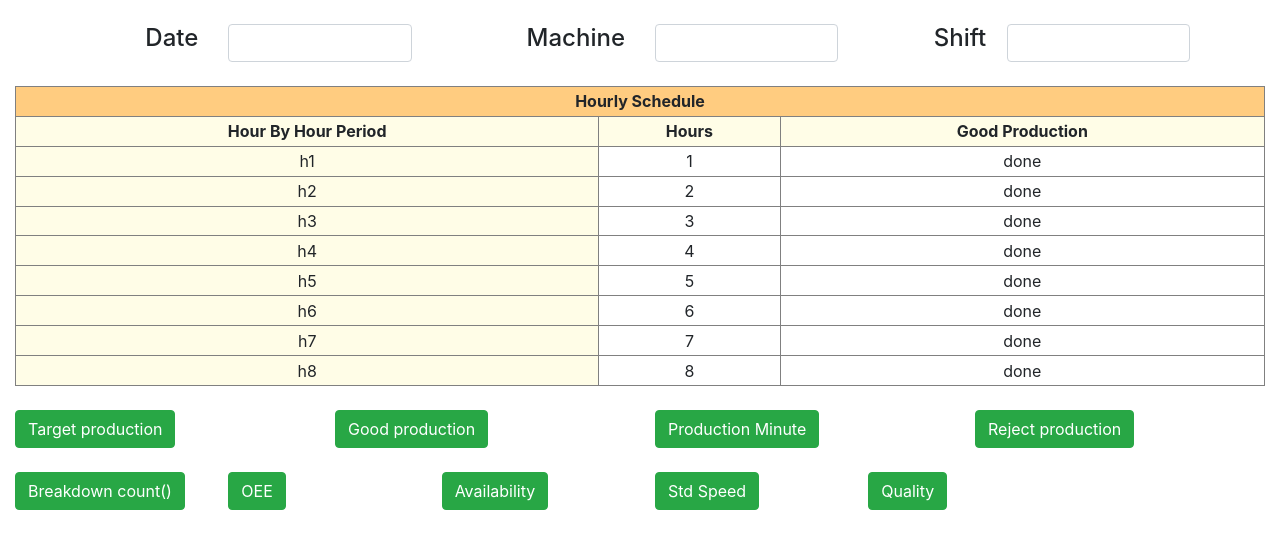
Repository: hisamit97/TVS-Locas
Page: index.html
These files come from the project's save history. The page is drawn as it stood at one moment and after the next save; the edit follows.
The browser window is 1280 px wide. The pictures show the whole page.

Above is the page before, as saved 2020-12-01 11:40:07.

### index.html
<html>

<head>
    <title>TVS LoCas</title>
    <link rel="stylesheet" href="https://cdn.jsdelivr.net/npm/bootstrap@4.5.3/dist/css/bootstrap.min.css" integrity="sha384-TX8t27EcRE3e/ihU7zmQxVncDAy5uIKz4rEkgIXeMed4M0jlfIDPvg6uqKI2xXr2" crossorigin="anonymous">

<!-- jQuery and JS bundle w/ Popper.js -->
<script src="https://code.jquery.com/jquery-3.5.1.slim.min.js" integrity="sha384-DfXdz2htPH0lsSSs5nCTpuj/zy4C+OGpamoFVy38MVBnE+IbbVYUew+OrCXaRkfj" crossorigin="anonymous"></script>
<script src="https://cdn.jsdelivr.net/npm/bootstrap@4.5.3/dist/js/bootstrap.bundle.min.js" integrity="sha384-ho+j7jyWK8fNQe+A12Hb8AhRq26LrZ/JpcUGGOn+Y7RsweNrtN/tE3MoK7ZeZDyx" crossorigin="anonymous"></script>
</head>
<body>
    <div class="container-fluid">
        <div class="row">
            <div class="col-md-4"></div>
            <div class="col-md-4"></div>
            <div class="col-md-4"></div>
        </div>
        <br>
        <div class="row" >
            <div class="col-md-4">
                <div class="row">
                    <div class="col-md-6 text-right"><h4>Date</h4></div>
                    <div class="col-md-6"><input type="text" class="form-control mr-3"></div>
                </div>
            </div>
            <div class="col-md-4">
                <div class="row">
                    <div class="col-md-6 text-right" ><h4>Machine</h4></div>
                    <div class="col-md-6"><input type="text" class="form-control"></div>
                </div>
            </div>
            <div class="col-md-4">
                <div class="row">
                    <div class="col-md-6 text-center"><h4>Shift</h4></div>
                    <div class="col-md-6" style="margin-left: -75px;"><input type="text" class="form-control"></div>
                </div>
            </div>
        </div>
        <br>
        <div class="row">
            <div class="col-md-12">
                <table width="100%" border="1" height="300px">
                   <tr style="text-align: center;background:#ffcc80;">
                       <th colspan="3">Hourly Schedule</th>
                   </tr>
                   <tr style="text-align: center; background: #fffde7;">
                       <th >Hour By Hour Period</th>
                       <th>Hours</th>
                       <th>Good Production</th>
                    </tr>
                    <tr style="text-align: center;">
                        <td style="background:#fffde7;">h1</td>
                        <td>1</td>
                        <td>done</td>
                    </tr>
                    <tr style="text-align: center;">
                        <td style="background:#fffde7;">h2</td>
                        <td>2</td>
                        <td>done</td>
                    </tr>
                    <tr style="text-align: center;">
                        <td style="background:#fffde7;">h3</td>
                        <td>3</td>
                        <td>done</td>
                    </tr>
                    <tr style="text-align: center;">
                        <td style="background:#fffde7;">h4</td>
                        <td>4</td>
                        <td>done</td>
                    </tr>
                    <tr style="text-align: center;">
                        <td style="background:#fffde7;">h5</td>
                        <td>5</td>
                        <td>done</td>
                    </tr>
                    <tr style="text-align: center;">
                        <td style="background:#fffde7;">h6</td>
                        <td>6</td>
                        <td>done</td>
                    </tr>
                    <tr style="text-align: center;">
                        <td style="background:#fffde7;">h7</td>
                        <td>7</td>
                        <td>done</td>
                    </tr>
                    <tr style="text-align: center;">
                        <td style="background:#fffde7;">h8</td>
                        <td>8</td>
                        <td>done</td>
                    </tr>
                </table>
            </div>
        </div>
        <br>
        <div class="row">
            <div class="col-md-3">
                <button  class="btn btn-success">Target production</button>
            </div>
            <div class="col-md-3">
                <button  class="btn btn-success">Good production</button>
            </div>
            <div class="col-md-3">
                <button  class="btn btn-success">Production Minute</button>
            </div>
            <div class="col-md-3">
                <button  class="btn btn-success">Reject production</button>
            </div>

        </div>
        <br>
        <div class="row">
            <div class="col-md-2">
                <button  class="btn btn-success">Breakdown count()</button>
            </div>
            <div class="col-md-2">
                <button  class="btn btn-success">OEE</button>
            </div>
            <div class="col-md-2">
                <button  class="btn btn-success">Availability</button>
            </div>
            <div class="col-md-2">
                <button  class="btn btn-success">Std Speed</button>
            </div>
            <div class="col-md-2">
                <button  class="btn btn-success">Quality</button>
            </div>
            <div class="col-md-2"></div>
        </div>
    </div>
</body>
</html>

After the next save:
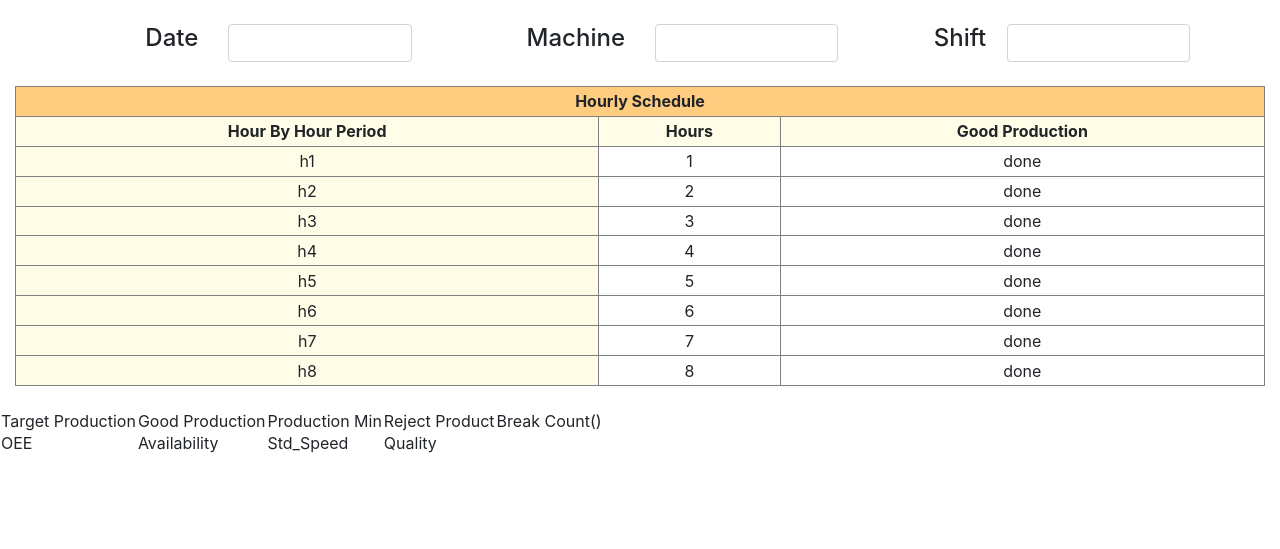
Saved 4 min 59 s later.
--- a/index.html
+++ b/index.html
@@ -93,39 +93,24 @@
         </div>
         <br>
         <div class="row">
-            <div class="col-md-3">
-                <button  class="btn btn-success">Target production</button>
-            </div>
-            <div class="col-md-3">
-                <button  class="btn btn-success">Good production</button>
-            </div>
-            <div class="col-md-3">
-                <button  class="btn btn-success">Production Minute</button>
-            </div>
-            <div class="col-md-3">
-                <button  class="btn btn-success">Reject production</button>
-            </div>
-
+            <table>
+                <tr>
+                    <td>Target Production</td>
+                    <td>Good Production</td>
+                    <td>Production Min</td>
+                    <td>Reject Product</td>
+                    <td>Break Count()</td>
+                </tr>
+                <tr>
+                    <td>OEE</td>
+                    <td>Availability</td>
+                    <td>Std_Speed</td>
+                    <td>Quality</td>
+                </tr>
+            </table>
         </div>
         <br>
-        <div class="row">
-            <div class="col-md-2">
-                <button  class="btn btn-success">Breakdown count()</button>
-            </div>
-            <div class="col-md-2">
-                <button  class="btn btn-success">OEE</button>
-            </div>
-            <div class="col-md-2">
-                <button  class="btn btn-success">Availability</button>
-            </div>
-            <div class="col-md-2">
-                <button  class="btn btn-success">Std Speed</button>
-            </div>
-            <div class="col-md-2">
-                <button  class="btn btn-success">Quality</button>
-            </div>
-            <div class="col-md-2"></div>
-        </div>
+
     </div>
 </body>
 </html>
